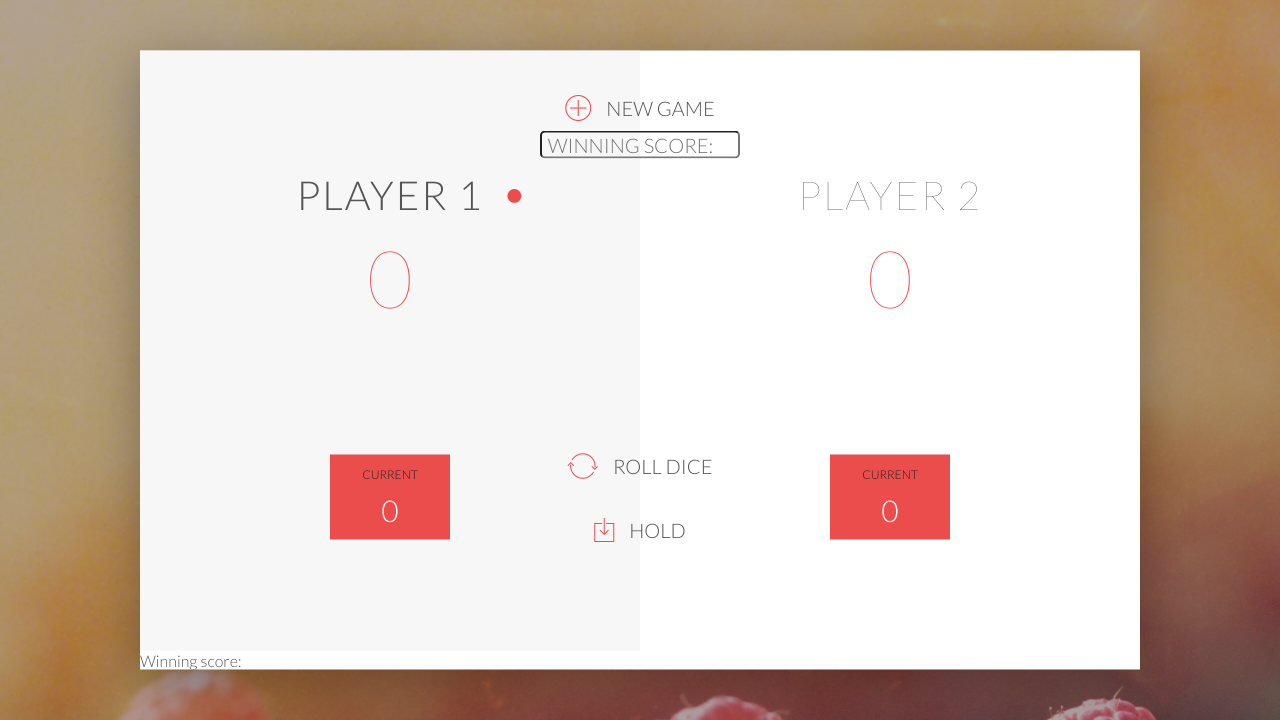
Repository: hexanek/hexanek.github.io
Page: pig-game/index.html
An editor plug-in stored every save of this project. The page is shown before and after the next save, followed by the edit.
The browser window is 1280 px wide. The pictures show the whole page.

Above is the page before, as saved 2019-12-19 23:58:56.

### pig-game/index.html
<!DOCTYPE html>
<html lang="en">
    <head>
        <meta charset="UTF-8">
        <link href="https://fonts.googleapis.com/css?family=Lato:100,300,600" rel="stylesheet" type="text/css">
        <link href="http://code.ionicframework.com/ionicons/2.0.1/css/ionicons.min.css" rel="stylesheet" type="text/css">
        <link type="text/css" rel="stylesheet" href="style.css">

        <title>Pig Game</title>
    </head>

    <body>
        <div class="wrapper clearfix">
            <div class="player-0-panel active">
                <div class="player-name" id="name-0">Player 1</div>
                <div class="player-score" id="score-0">43</div>
                <div class="player-current-box">
                    <div class="player-current-label">Current</div>
                    <div class="player-current-score" id="current-0">11</div>
                </div>
            </div>

            <div class="player-1-panel">
                <div class="player-name" id="name-1">Player 2</div>
                <div class="player-score" id="score-1">72</div>
                <div class="player-current-box">
                    <div class="player-current-label">Current</div>
                    <div class="player-current-score" id="current-1">0</div>
                </div>
            </div>

            <button class="btn-new"><i class="ion-ios-plus-outline"></i>New game</button>
            <button class="btn-roll"><i class="ion-ios-loop"></i>Roll dice</button>
            <button class="btn-hold"><i class="ion-ios-download-outline"></i>Hold</button>
            <!-- <button class="btn-save" form="formScore"><i class="ion-archive"></i>Save</button> -->
            <!-- <form class="form-score" id="formScore"> -->
            Winning score: <input class="input-score" type="number" name="WinningScore" placeholder="Winning score: " id="winScore" required>
            <!-- </form> -->
            <img src="dice-5.png" alt="Dice" class="dice">
            <img src="dice-5.png" alt="Dice2" class="dice2" id="dice2">

        </div>

        <script src="app.js"></script>
    </body>
</html>

### pig-game/style.css
/**********************************************
*** GENERAL
**********************************************/

* {
    margin: 0;
    padding: 0;
    box-sizing: border-box;

}

.clearfix::after {
    content: "";
    display: table;
    clear: both;
}

body {
    background-image: linear-gradient(rgba(62, 20, 20, 0.4), rgba(62, 20, 20, 0.4)), url(back.jpg);
    background-size: cover;
    background-position: center;
    font-family: Lato;
    font-weight: 300;
    position: relative;
    height: 100vh;
    color: #555;
}

.wrapper {
    width: 1000px;
    position: absolute;
    top: 50%;
    left: 50%;
    transform: translate(-50%, -50%);
    background-color: #fff;
    box-shadow: 0px 10px 50px rgba(0, 0, 0, 0.3);
    overflow: hidden;
}

.player-0-panel,
.player-1-panel {
    width: 50%;
    float: left;
    height: 600px;
    padding: 100px;
}



/**********************************************
*** PLAYERS
**********************************************/

.player-name {
    font-size: 40px;
    text-align: center;
    text-transform: uppercase;
    letter-spacing: 2px;
    font-weight: 100;
    margin-top: 20px;
    margin-bottom: 10px;
    position: relative;
}

.player-score {
    text-align: center;
    font-size: 80px;
    font-weight: 100;
    color: #EB4D4D;
    margin-bottom: 130px;
}

.active { background-color: #f7f7f7; }
.active .player-name { font-weight: 300; }

.active .player-name::after {
    content: "\2022";
    font-size: 47px;
    position: absolute;
    color: #EB4D4D;
    top: -7px;
    right: 10px;

}

.player-current-box {
    background-color: #EB4D4D;
    color: #fff;
    width: 40%;
    margin: 0 auto;
    padding: 12px;
    text-align: center;
}

.player-current-label {
    text-transform: uppercase;
    margin-bottom: 10px;
    font-size: 12px;
    color: #222;
}

.player-current-score {
    font-size: 30px;
}

button {
    position: absolute;
    width: 200px;
    left: 50%;
    transform: translateX(-50%);
    color: #555;
    background: none;
    border: none;
    font-family: Lato;
    font-size: 20px;
    text-transform: uppercase;
    cursor: pointer;
    font-weight: 300;
    transition: background-color 0.3s, color 0.3s;
}


button:hover { font-weight: 600; }
button:hover i { margin-right: 20px; }

button:focus {
    outline: none;
}

i {
    color: #EB4D4D;
    display: inline-block;
    margin-right: 15px;
    font-size: 32px;
    line-height: 1;
    vertical-align: text-top;
    margin-top: -4px;
    transition: margin 0.3s;
}

.btn-new { top: 45px;}
.btn-roll { top: 403px;}
.btn-hold { top: 467px;}
.btn-save {
    left: 90%;
    top: 45px;
}
/* .input-score {
     top: 83px;
     position: absolute;
    width: 53px;
    left: 50%;
    transform: translateX(-50%);
    color: #555;
    background: none;
    border-radius: 5px;
    font-family: Lato;
    font-size: 20px;
    text-transform: uppercase;
    cursor: default;
    font-weight: 300;
    transition: background-color 0.3s, color 0.3s;
    } */
.input:focus{
    border: 3px solid #555;
}
/* .form-score{
    top: 45px;
     position: absolute;
    width: 240px;
    left: 73%;
    transform: translateX(-50%);
    color: #555;
    background: none;
    border-radius: 5px;
    font-family: Lato;
    font-size: 20px;
    text-transform: uppercase;
    cursor: default;
    font-weight: 300;
    transition: background-color 0.3s, color 0.3s;
} */
.input-score {
    position: absolute;
    top: 80px;
    left: 40%;
    text-align: center;
    width: 200px;
    color: #555;
    background: none;
    border-radius: 5px;
    font-family: Lato;
    font-size: 20px;
    text-transform: uppercase;
    cursor: default;
    font-weight: 300;
    transition: background-color 0.3s, color 0.3s;
}

.dice {
    position: absolute;
    left: 55%;
    top: 178px;
    transform: translateX(-50%);
    height: 100px;
    box-shadow: 0px 10px 60px rgba(0, 0, 0, 0.10);
}
.dice2 {
    position: absolute;
    left: 45%;
    top: 178px;
    transform: translateX(-50%);
    height: 100px;
    box-shadow: 0px 10px 60px rgba(0, 0, 0, 0.10);
}

.winner { background-color: #f7f7f7; }
.winner .player-name { font-weight: 300; color: #EB4D4D; }

### pig-game/app.js

var scores, roundScore, activePlayer, gamePlaying, doubleSix, winScore, dice2, doubleSix2;
    init();



document.querySelector('.btn-roll').addEventListener('click', function(){
    if(gamePlaying){
    var dice = Math.floor(Math.random() * 6) + 1;
    var dice2 = Math.floor(Math.random() * 6) + 1;


    var diceDom = document.querySelector('.dice');
    diceDom.style.display = 'block';
    diceDom.src = 'dice-' + dice + '.png';

    var dice2Dom = document.querySelector('.dice2');
    dice2Dom.style.display = 'block';
    dice2Dom.src = 'dice-' + dice2 + '.png';

    if((dice === 6 && doubleSix === 6) || (dice2 === 6 && doubleSix2 === 6)){

        scores[activePlayer] = 0;
        document.querySelector('#score-' + activePlayer).textContent = scores[activePlayer];
        nextPlayer();
    }

    else if(dice !== 1 && doubleSix !== dice && doubleSix !== dice2) {

        roundScore += dice;
        roundScore += dice2;
        document.querySelector('#current-' + activePlayer).textContent = roundScore;

    } else {

        nextPlayer();


    }
    doubleSix = dice;
    doubleSix2 = dice2;

}


});




document.querySelector('.btn-hold').addEventListener('click', function(){
    if(gamePlaying){
    scores[activePlayer] += roundScore;
    document.querySelector('#score-' + activePlayer).textContent = scores[activePlayer];


    if (scores[activePlayer] >= winScore) {
        document.getElementById('name-' + activePlayer).textContent = 'Winner!';
        document.querySelector('.player-'+activePlayer+ '-panel').classList.add('winner');
        document.querySelector('.player-'+activePlayer+ '-panel').classList.remove('active');
        document.querySelector('.dice').style.display = 'none';
        document.querySelector('.dice2').style.display = 'none';
        gamePlaying = false;


    } else {
        nextPlayer();

    }
}
});

document.querySelector('.btn-new').addEventListener('click',  init);


function nextPlayer(){
    activePlayer === 0 ? activePlayer = 1 : activePlayer = 0;
        roundScore = 0;
        document.getElementById('current-0').textContent = '0';
        document.getElementById('current-1').textContent = '0';

        document.querySelector('.player-0-panel').classList.toggle('active');
        document.querySelector('.player-1-panel').classList.toggle('active');

        document.querySelector('.dice').style.display = 'none';
        document.querySelector('.dice2').style.display = 'none';
}

function init(){
    scores = [0,0];
    roundScore = 0;
    activePlayer = 0;
    gamePlaying = true;

    document.querySelector('.dice').style.display = 'none';
    document.querySelector('.dice2').style.display = 'none';

    //document.querySelector('#current-'+ activePlayer).textContent = dice;
    document.getElementById('score-0').textContent = '0';
    document.getElementById('score-1').textContent = '0';
    document.getElementById('current-0').textContent = '0';
    document.getElementById('current-1').textContent = '0';
    document.getElementById('name-0').textContent = 'Player 1';
    document.getElementById('name-1').textContent = 'Player 2';
    document.querySelector('.player-0-panel').classList.remove('winner');
    document.querySelector('.player-1-panel').classList.remove('winner');
    document.querySelector('.player-0-panel').classList.remove('active');
    document.querySelector('.player-1-panel').classList.remove('active');
    document.querySelector('.player-0-panel').classList.add('active');
    winScore = document.getElementById('winScore').value;


}

After the next save:
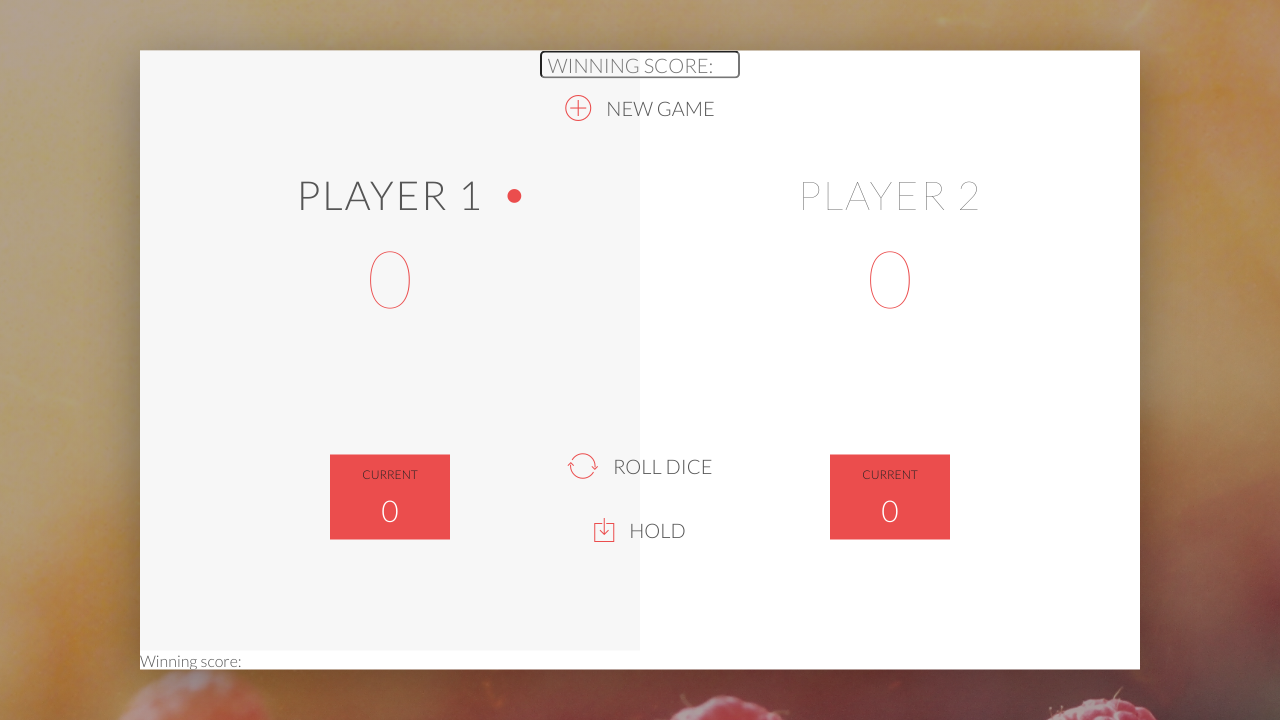
Saved 2 min 41 s later.
--- a/pig-game/style.css
+++ b/pig-game/style.css
@@ -182,7 +182,7 @@
 } */
 .input-score {
     position: absolute;
-    top: 80px;
+    top: 0px;
     left: 40%;
     text-align: center;
     width: 200px;
@@ -195,6 +195,9 @@
     cursor: default;
     font-weight: 300;
     transition: background-color 0.3s, color 0.3s;
+}
+.input-score:focus{
+    outline: none;
 }
 
 .dice {

After the save that followed:
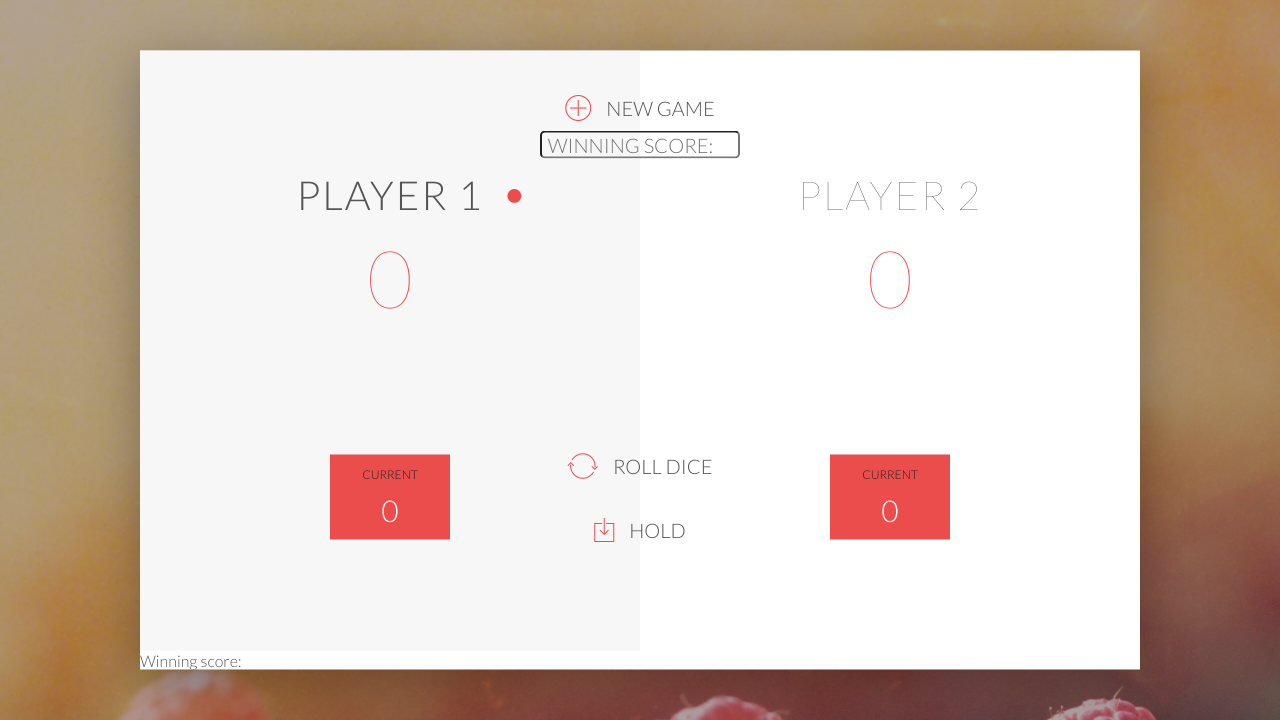
Saved 22 s later.
--- a/pig-game/style.css
+++ b/pig-game/style.css
@@ -182,7 +182,7 @@
 } */
 .input-score {
     position: absolute;
-    top: 0px;
+    top: 80px;
     left: 40%;
     text-align: center;
     width: 200px;
